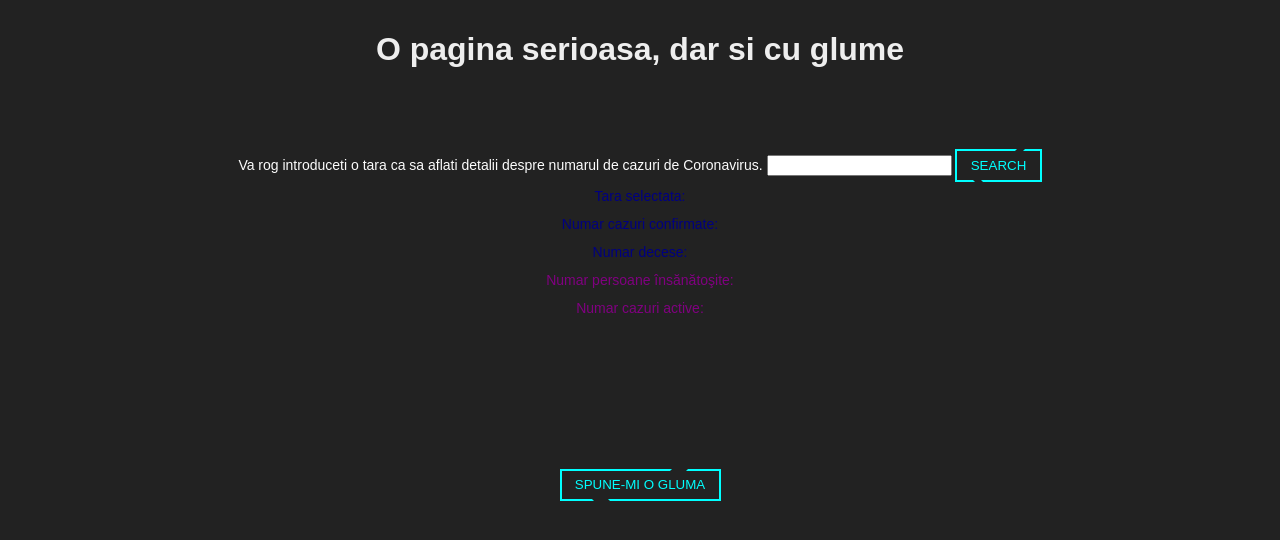
Repository: vladturturica97/proiect-cc2
Page: server/frontend/index.html
The author's editor kept a record of every edit. The page is drawn from the files as they stood at one moment, then again after the next edit.
The browser window is 1280 px wide. The pictures show the whole page.

Above is the page before.

After the next edit:
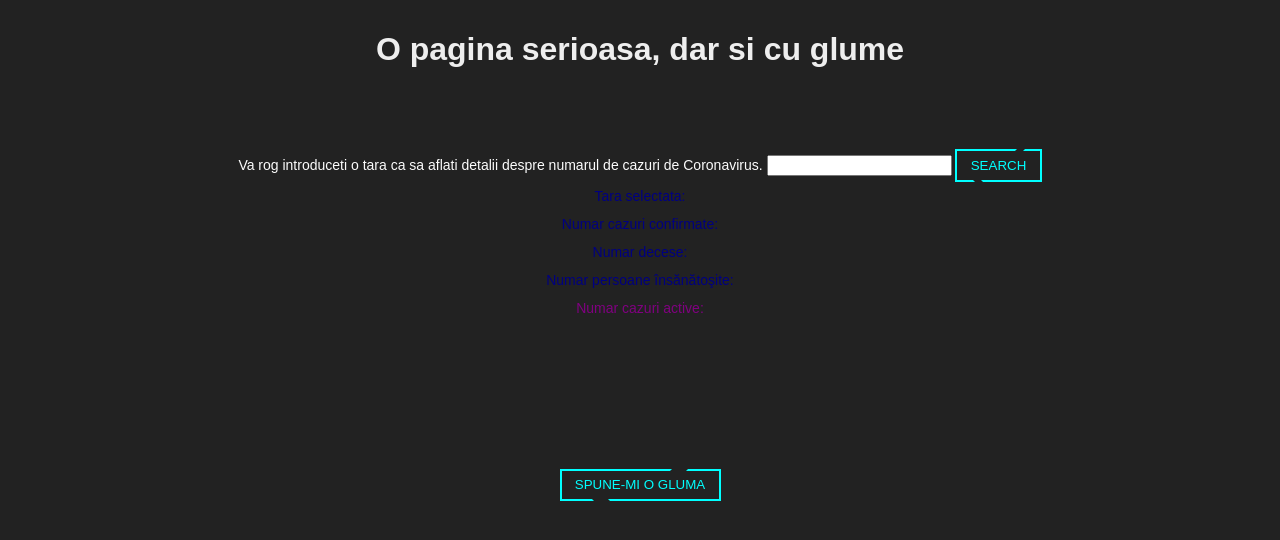
The edit:
--- a/server/frontend/index.html
+++ b/server/frontend/index.html
@@ -194,7 +194,7 @@
         <label id="confirmed" class="underlined-a">  </label><br>
         <label style="color:#000080" > Numar decese: </label>
         <label id="deaths" class="underlined-a">  </label><br>
-        <label style="color:purple"> Numar persoane însănătoşite: </label>
+        <label style="color:#000080"> Numar persoane însănătoşite: </label>
         <label id="recovered" class="underlined-a">  </label><br>
         <label style="color:purple"> Numar cazuri active: </label>
         <label id="active" class="underlined-a" >  </label><br><br><br><br><br>
